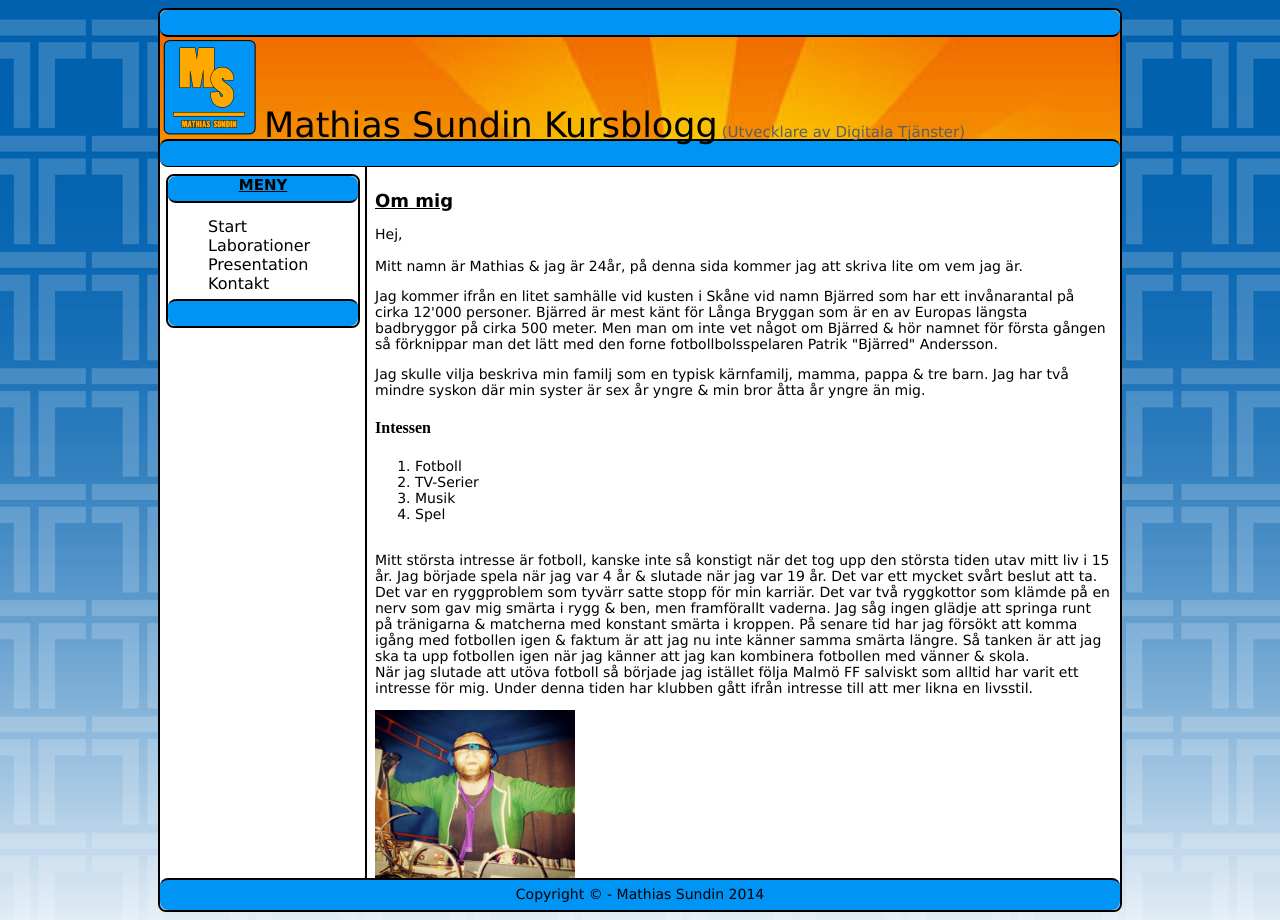
Repository: ms223uh/1ik415-laborationer
Page: www/pages/presentation.html
The author's editor kept a record of every edit. The page is drawn from the files as they stood at one moment, then again after the next edit.
The browser window is 1280 px wide. The pictures show the whole page.
An inner scrolling area shows only its first screen.

Above is the page before.

After the next edit:
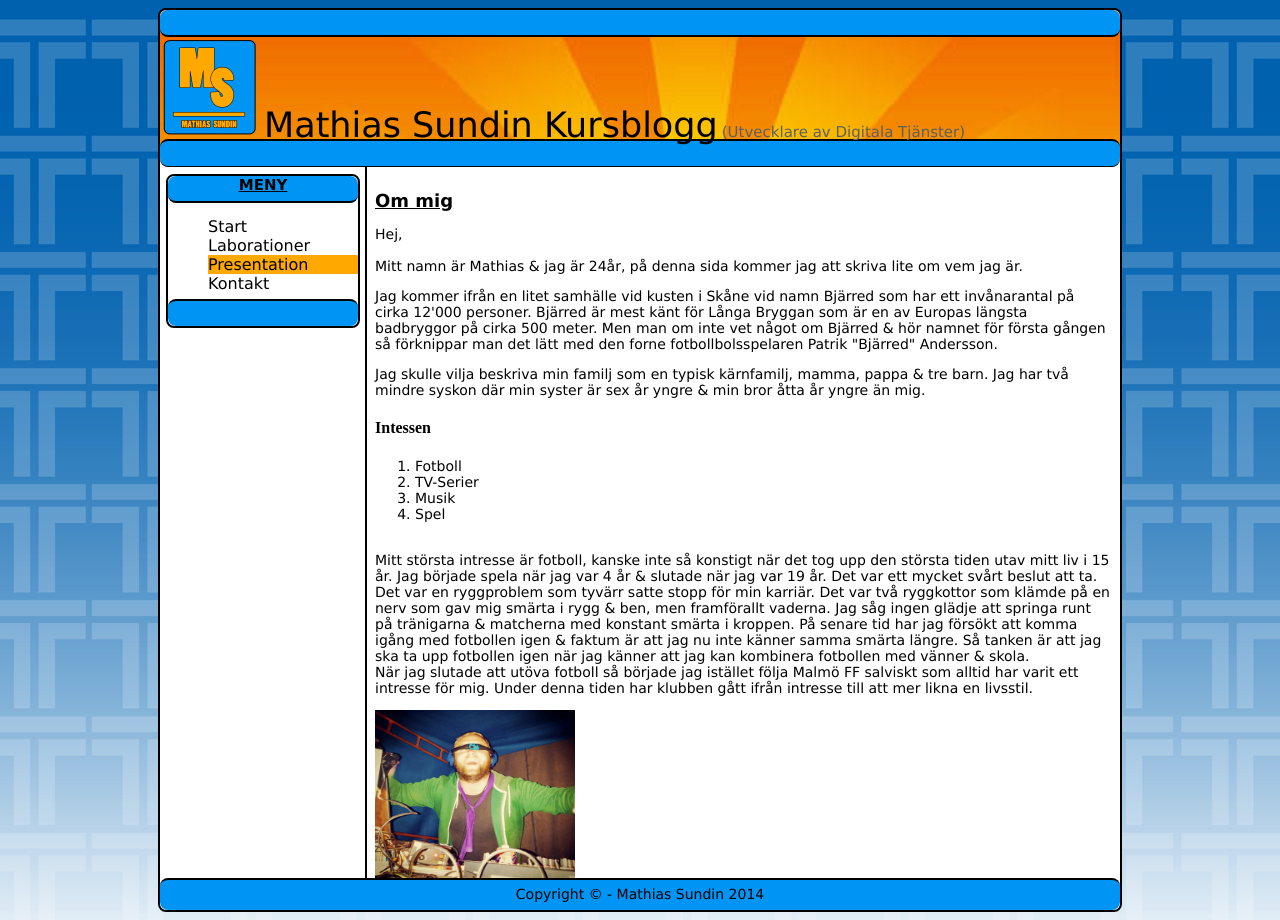
The edit:
--- a/www/pages/presentation.html
+++ b/www/pages/presentation.html
@@ -37,7 +37,7 @@
         <ul id="menyli">
             <li><a href="../index.html">Start</a></li>
             <li><a href="laborationer.html">Laborationer</a></li>
-            <li><a href="presentation.html">Presentation</a></li>
+            <li class="active"><a href="presentation.html">Presentation</a></li>
             <li><a href="kontakt.html">Kontakt</a></li>
 
         </ul>
